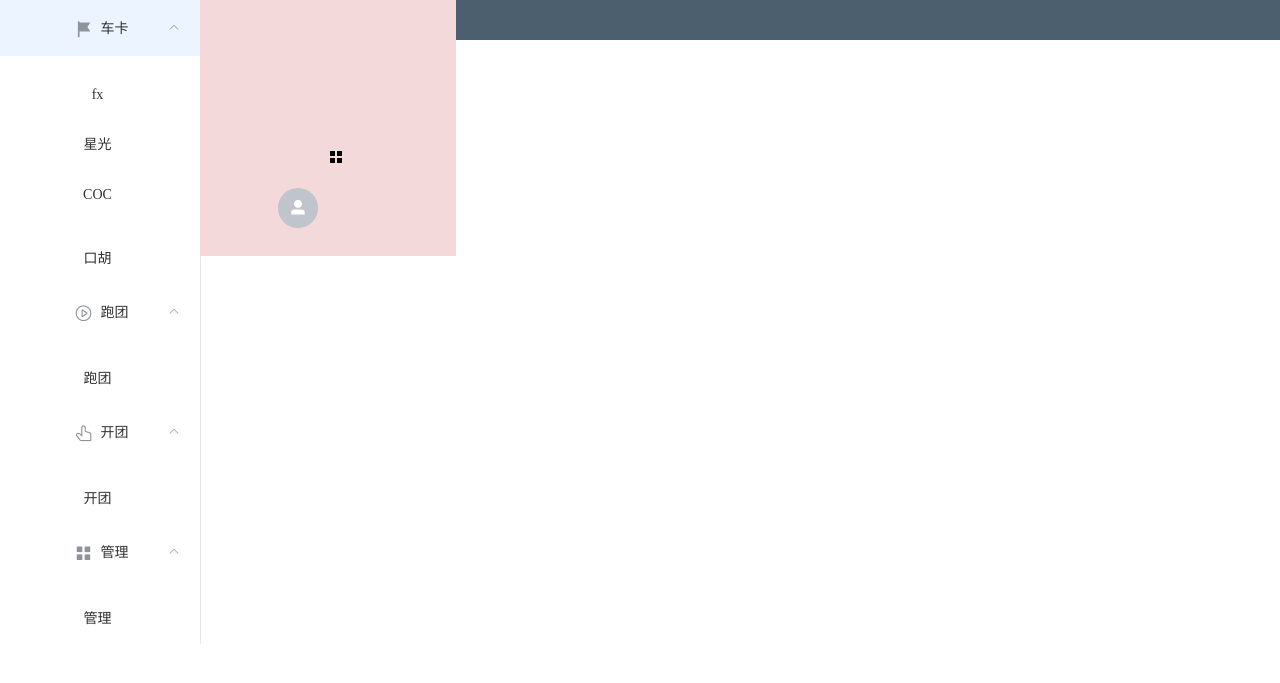
Repository: redlout/ptgkd
Page: /
An editor plug-in stored every save of this project. The page is shown before and after the next save, followed by the edit.
The browser window is 1280 px wide. The pictures show the whole page.
The project was rebuilt for these pictures with package versions that can differ from the ones it lists, and the page was loaded fresh each time. Also part of the build but not shown: src/mock/mock.js, src/views/Login.vue, src/components/SvgIcon/index.vue.

Above is the page before, as saved 2019-09-02 21:46:07.

### index.html
<!DOCTYPE html>
<html>
  <head>
    <meta charset="utf-8">
    <meta name="viewport" content="width=device-width,initial-scale=1.0">
    <title>ptgkd</title>
  </head>
  <body>
    <div id="app"></div>
    <!-- built files will be auto injected -->
  </body>
</html>

<style>
body{
  margin:0;
  padding:0;
}
</style>

### src/main.js
// import '@/styles/index.scss'
// import 'normalize.css/normalize.css'
import Vue from 'vue'
import App from './App'
import router from './router'

import ElementUI from 'element-ui'
import 'element-ui/lib/theme-chalk/index.css'
import api from './http/index'
import './icons'
import store from './store'

Vue.config.productionTip = false
Vue.use(ElementUI);
Vue.use(api);

// Vue.use(api)
/* eslint-disable no-new */
new Vue({
  el: '#app',
  router,
  store,
  render: h => h(App)
})

### src/router/index.js
import Vue from 'vue'
import Router from 'vue-router'
import HelloWorld from '@/views/HelloWorld'
import Login from '@/views/Login'

Vue.use(Router)

const router = new Router({
  routes: [
    {
      path: '/',
      name: 'HelloWorld',
      component: HelloWorld
    },
    {
      path: '/login',
      name: 'Login',
      component: Login
    }
  ]
})

export default router

### src/http/index.js
// 导入所有接口
import apis from './api'

const install = Vue => {
    if (install.installed)
        return;

    install.installed = true;

    Object.defineProperties(Vue.prototype, {
        // 注意，此处挂载在 Vue 原型的 $api 对象上
        $api: {
            get() {
                return apis
            }
        }
    })
}

export default install

### src/icons/index.js
import Vue from 'vue'
import SvgIcon from '@/components/SvgIcon'// svg component

// register globally
Vue.component('svg-icon', SvgIcon)

const req = require.context('./svg', false, /\.svg$/)
const requireAll = requireContext => requireContext.keys().map(requireContext)
requireAll(req)

### src/store/index.js
import Vue from 'vue'
import vuex from 'vuex'

Vue.use(vuex);
import collapse from './modules/collapse.js'
const store = new vuex.Store({
    modules: {
        collapseState: collapse,
        // menu: mymenu
        // 其他
    }
})

export default store

### src/views/HelloWorld.vue
<template>
<div class="container" >
  <el-container style="height: 100%;" direction="vertical">
    <AsideBar></AsideBar>
    <el-container>
      <HeadBar></HeadBar>
      <el-main></el-main>
    </el-container>
  </el-container>
</div>
</template>

<script>
import AsideBar from "../components/AsideBar/index";
import HeadBar from "../components/HeadBar/index";
export default {
  name: "HelloWorld",
  data() {
    return {
      isCollapse: false
    };
  },
  components: {
    AsideBar,
    HeadBar
  },
  methods: {
    logout: function() {
      var _this = this;
      this.$confirm("确认退出吗?", "提示", {
        type: "warning"
      }).then(() => {
        // sessionStorage.removeItem("user");
        this.$router.push("/login");
      });
    }
  }
};
</script>

<style scoped>
  .container {
    position:absolute;
    top: 0px;
    left: 0px;
    right: 0px;
    background: #4b5f6e;
  }
</style>

### src/http/api.js
import axios from './axios'

const login = data =>{
    return axios({
        url: '/login',
        method: 'post',
        data
    })
}

const logout = () =>{
    return axios({

    })
}

export default{
    login,
    logout
}

### src/store/modules/collapse.js
export default {
    state: {
        collapse:false  // 导航栏收缩状态
    },
    getters: {
        collapse(state){// 对应着上面state
            return collapse;
        }
    },
    mutations: {
        collapse(state){  // 改变收缩状态
            state.collapse = !state.collapse;
        }
    },
    actions: {

    }
}

### src/components/AsideBar/index.vue
<template>
  <el-aside width="initial" style="background-color: rgb(238, 241, 246) ">
    <el-menu
      :default-openeds="['1','2','3','4']"
      class="el-menu-vertical-demo"
      :collapse="$store.state.collapseState.collapse"
      @open="handleopen"
      @close="handleclose"
      @select="handleselect"
    >
      <el-submenu index="1">
        <template slot="title">
          <i class="el-icon-s-flag"></i>
          <span slot="title">车卡</span>
        </template>
        <el-menu-item-group>
          <el-menu-item index="1-1">fx</el-menu-item>
          <el-menu-item index="1-2">星光</el-menu-item>
          <el-menu-item index="1-3">COC</el-menu-item>
        </el-menu-item-group>
        <el-menu-item-group>
          <el-menu-item index="1-1">口胡</el-menu-item>
        </el-menu-item-group>
      </el-submenu>
      <el-submenu index="2">
        <template slot="title">
          <i class="el-icon-video-play"></i>
          <span slot="title">跑团</span>
        </template>
        <el-menu-item-group>
          <el-menu-item index="2-1">跑团</el-menu-item>
        </el-menu-item-group>
      </el-submenu>
      <el-submenu index="3">
        <template slot="title">
          <i class="el-icon-thumb"></i>
          <span slot="title">开团</span>
        </template>
        <el-menu-item-group>
          <el-menu-item index="3-1">开团</el-menu-item>
        </el-menu-item-group>
      </el-submenu>
      <el-submenu index="4">
        <template slot="title">
          <i class="el-icon-menu"></i>
          <span slot="title">管理</span>
        </template>
        <el-menu-item-group>
          <el-menu-item index="3-1">管理</el-menu-item>
        </el-menu-item-group>
      </el-submenu>
    </el-menu>
  </el-aside>
</template>


<script>
export default {
  name: "AsideBar",
  data() {
    return {
      isCollapse: false,
      logo: ""
    };
  },
  methods: {
    handleopen() {
      console.log("handleopen");
    },
    handleclose() {
      console.log("handleclose");
    },
    handleselect(a, b) {
      console.log("handleselect");
    }
  }
};
</script>

<style>
.el-aside {
  background-color: #d3dce6;
  color: #333;
  text-align: center;
  line-height: 10px;
  position: absolute;
}
  .el-menu-vertical-demo:not(.el-menu--collapse) {
    width: 200px;
    min-height: 400px;
  }

    .menu-bar-width {
    width: 200px;
  }
  .menu-bar-collapse-width {
    width: 65px;
  }
</style>

### src/components/HeadBar/index.vue
<template>
<div>
    <el-header
      :class="$store.state.collapseState.collapse?'menu-bar-collapse-width':'menu-bar-width'"
    >
      <span @click="Oncollapse">
        <i class="el-icon-menu"></i>
      </span>

      <el-dropdown class="user-info-dropdown" trigger="hover">
        <el-avatar icon="el-icon-user-solid"></el-avatar>
        <el-dropdown-menu slot="dropdown">
          <el-dropdown-item>个人信息</el-dropdown-item>
          <el-dropdown-item>管理</el-dropdown-item>
          <el-dropdown-item divided @click="logout">登出</el-dropdown-item>
        </el-dropdown-menu>
      </el-dropdown>
    </el-header>
</div>
</template>

<script>
export default {
  data() {
    return {
      isCollapse: false
    };
  },
  methods: {
    Oncollapse: function() {
      this.$store.commit("collapse");
    }
  }
};
</script>

<style scoped lang="scss">
.el-header {
  background-color: rgb(243, 217, 217);
  position: absolute;
  left: 200px;
  right: 0px;
  height: 60px;
  line-height: 60px;
  padding: 10%;
  // margin-right: 10%;
  .collapse-switcher {
    width: 40px;
    float: left;
    cursor: pointer;
    border-color: rgba(111, 123, 131, 0.8);
    border-left-width: 1px;
    border-left-style: solid;
    border-right-width: 1px;
    border-right-style: solid;
    color: white;
    background: #504e6180;
  }
  .user-info-dropdown {
  font-size: 20px;
  padding-right: 10px;
  color: #fff;
  cursor: pointer;
  float: right;
}
}

.menu-bar-width {
  left: 200px;
}
.menu-bar-collapse-width {
  left: 65px;
}


</style>

### src/http/axios.js
import axios from 'axios';
import qs from 'qs';
import Cookies from "js-cookie";
import router from "@/router"

export default function $axios(options){
    return new Promise((resolve, reject) => {
      console.log(options)
        const instance = axios.create({
            baseURL: 'http://localhost:8080/',
            headers: {'Content-Type': 'application/json;charset=UTF-8'},
            timeout: '10000',
            transformResponse: [function (data){
            }]
        })
        // request 拦截器
        instance.interceptors.request.use(function(config){
                let token = Cookies.get('token')
                console.log(config)
                if(1){
                    config.headers.accessToken = 111
                }else{
                    //重定向到登陆页面
                    router.push('/login')
                }
                if(config.method === 'post'){
                    if(config.data.__proto__ === FormData.prototype
                        || config.url.endsWith('path')
                        || config.url.endsWith('mark')
                        || config.url.endsWith('patchs')
                        ){
                        }else{
                          config.data = qs.stringify(config.data)
                          console.log(config.data)
                        }
                    }
                    return config
                },
                function (error) {
                // 请求超时
                console.log('request:', error)
                if(error.code === 'ECONNABORTED' && error.message.indexOf('timeout') !== -1){
                    console.log('timeout 请求超时')
                }
                // 重定向到错误页面
                const errorInfo = error.response
                console.log(errorInfo)
                if(errorInfo){
                    error = errorInfo.data
                    const errorStatus = errorInfo.statue; // 404 403 500 ...
                    router.push({
                        path:  `/error/${errorStatus}`
                    })
                }
                return Promise.reject(error)
            }
        )
        console.log(11111111111111)
        instance.interceptors.response.use(function(response){
                let data;
                if(response.data == undefined){
                  data = JSON.parse(response.request.responseText)
                }else{
                    data = response.data
                }

                //根据返回的code 来进行不同的处理
                switch(data.rc){
                    case 1:
                        console.log(data.desc)
                        break;
                    case 0:
                        store.commit('changeState')
                    default:

                }
                return data
            },
            function(err){
              console.log(999999)
                if (err && err.response) {
                    switch (err.response.status) {
                      case 400:
                        err.message = '请求错误'
                        break
                      case 401:
                        err.message = '未授权，请登录'
                        break
                      case 403:
                        err.message = '拒绝访问'
                        break
                      case 404:
                        err.message = `请求地址出错: ${err.response.config.url}`
                        break
                      case 408:
                        err.message = '请求超时'
                        break
                      case 500:
                        err.message = '服务器内部错误'
                        break
                      case 501:
                        err.message = '服务未实现'
                        break
                      case 502:
                        err.message = '网关错误'
                        break
                      case 503:
                        err.message = '服务不可用'
                        break
                      case 504:
                        err.message = '网关超时'
                        break
                      case 505:
                        err.message = 'HTTP版本不受支持'
                        break
                      default:
                    }
                  }
                  console.error(err)
                  return Promise.reject(err)
            }
        )
        //请求处理
        instance(options).then(res => {
          console.log(2222222)
            resolve(res)
            return false
        }).catch(error => {
          console.log(33333)
            reject(error)
        })
        console.log(4444)
    })
}

Loaded but not shown: src/App.vue (common file)

After the next save:
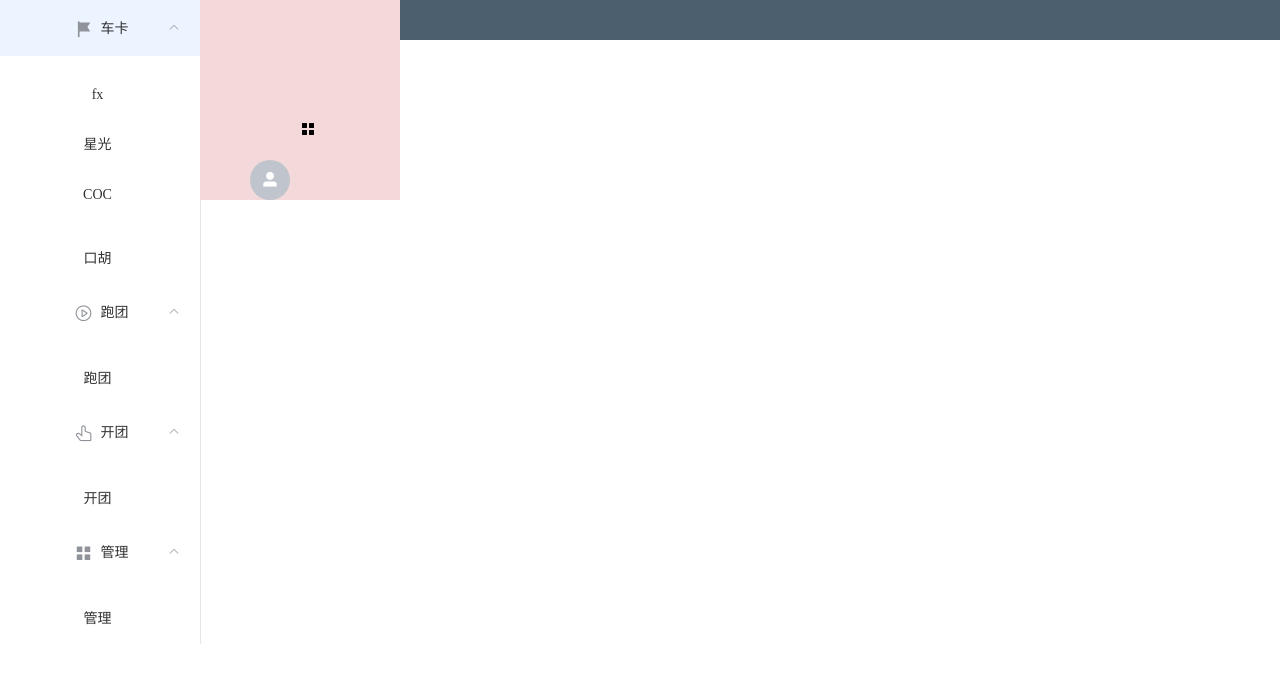
Saved 12 s later.
--- a/src/components/HeadBar/index.vue
+++ b/src/components/HeadBar/index.vue
@@ -42,7 +42,7 @@ export default {
   right: 0px;
   height: 60px;
   line-height: 60px;
-  padding: 10%;
+  padding: 100px;
   // margin-right: 10%;
   .collapse-switcher {
     width: 40px;
